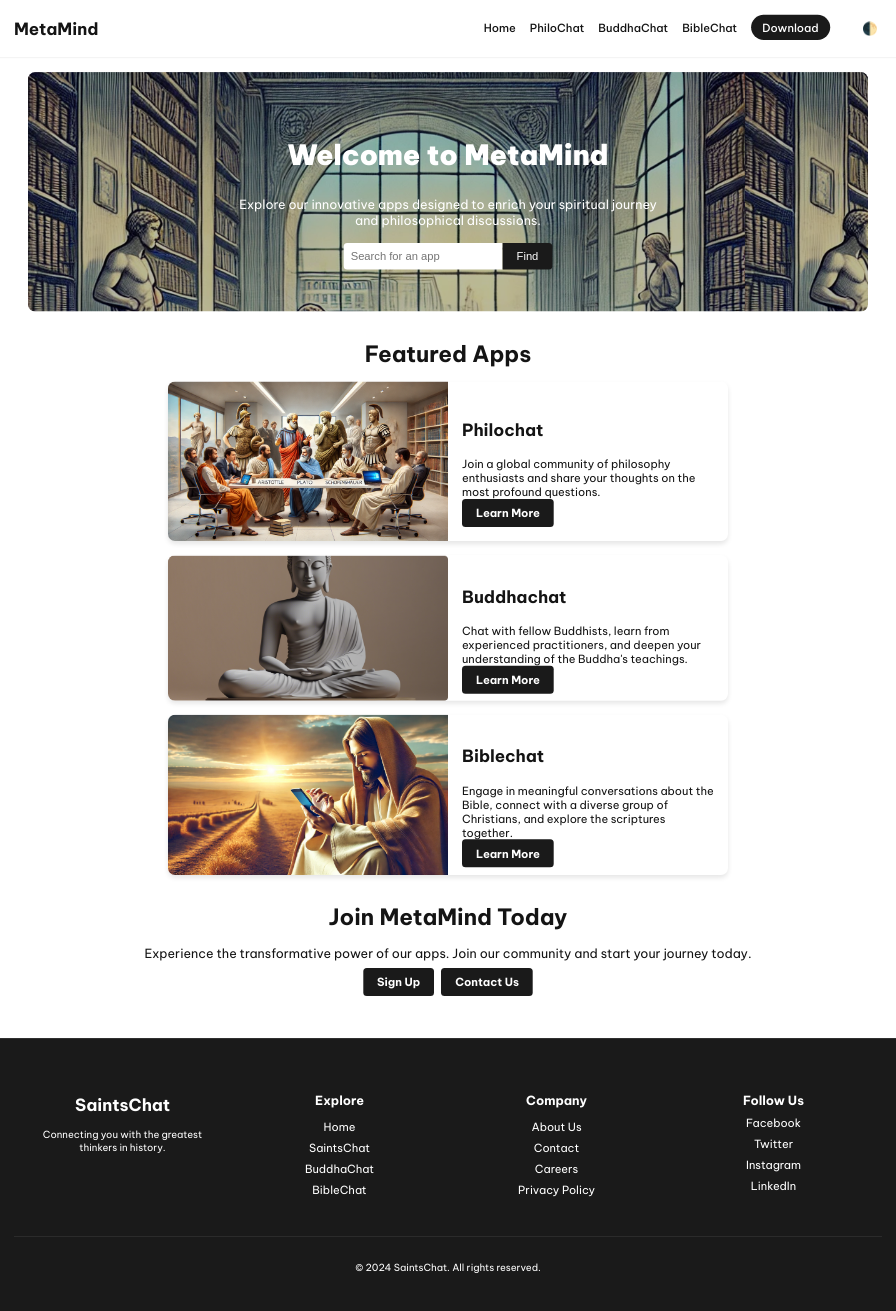
Repository: HSfac/EthosMindWeb
Page: /
The author's editor kept a copy of each file at every save. The page is drawn from the files as they stood at one save, then again after the next save.
The browser window is 1280 px wide. The pictures show the whole page, at 70% of full size.
The project was rebuilt for these pictures with package versions that can differ from the ones it lists, and the page was loaded fresh each time. Also part of the build but not shown: src/pages/SaintsChat.css, src/pages/SaintsChat.jsx, src/pages/BuddhaChat.css, src/pages/BuddhaChat.jsx, src/pages/BibleChat.css, src/pages/BibleChat.jsx, src/pages/Download.css, src/pages/Download.jsx.

Above is the page before, as saved 2024-07-21 19:58:34.

### src/index.css
@import url('https://fonts.googleapis.com/css2?display=swap&family=Be+Vietnam+Pro:wght@400;500;700;900&family=Noto+Sans:wght@400;500;700;900');

body {
  font-family: "Be Vietnam Pro", "Noto Sans", sans-serif;
  margin: 0;
  padding: 0;
  box-sizing: border-box;
}

### src/App.jsx
import React from 'react';
import { BrowserRouter as Router, Route, Routes } from 'react-router-dom';
import Home from './pages/Home.jsx';
import SaintsChat from './pages/SaintsChat.jsx';
import BuddhaChat from './pages/BuddhaChat.jsx';
import BibleChat from './pages/BibleChat.jsx';
import Download from './pages/Download.jsx'; // Download 페이지를 추가합니다.
import Header from './components/Header.jsx';
import Footer from './components/Footer.jsx';

function App() {
  return (
    <Router>
      <Header />
      <Routes>
        <Route path="/" element={<Home />} />
        <Route path="/saintschat" element={<SaintsChat />} />
        <Route path="/buddhachats" element={<BuddhaChat />} />
        <Route path="/biblechats" element={<BibleChat />} />
        <Route path="/download" element={<Download />} /> {/* Download 페이지를 추가합니다. */}
      </Routes>
      <Footer />
    </Router>
  );
}

export default App;

### src/pages/Home.jsx
import React from 'react';
import './Home.css';
import { Link } from 'react-router-dom';
import heroImage from '../assets/images/hero-image.png';
import philochatScreenshot from '../assets/images/ph-image-dl.png';
import buddhachatScreenshot from '../assets/images/buddha-hero-image.png';
import biblechatScreenshot from '../assets/images/jesus-image-dl.png';

function Home() {
  return (
    <main className="home-main">
      {/* Hero Section */}
      <section className="home-hero" style={{ backgroundImage: `url(${heroImage})` }}>
        <div className="home-hero-content">
          <h1 className="home-hero-title">Welcome to MetaMind</h1>
          <p className="home-hero-description">Explore our innovative apps designed to enrich your spiritual journey and philosophical discussions.</p>
          <div className="home-hero-search">
            <input type="text" placeholder="Search for an app" />
            <button>Find</button>
          </div>
        </div>
      </section>

      {/* App Introduction Section */}
      <section id="home-app-introduction" className="home-app-introduction">
        <h2 className="home-section-title">Featured Apps</h2>
        <div className="home-app-cards">
          <div className="home-app-card">
            <img src={philochatScreenshot} alt="Philochat App Screenshot" className="home-app-image" />
            <div className="home-app-info">
              <h3 className="home-app-title">Philochat</h3>
              <p className="home-app-description">Join a global community of philosophy enthusiasts and share your thoughts on the most profound questions.</p>
              <Link to="/saintschat" className="home-learn-more-button">Learn More</Link>
            </div>
          </div>

          <div className="home-app-card">
            <img src={buddhachatScreenshot} alt="Buddhachat App Screenshot" className="home-app-image" />
            <div className="home-app-info">
              <h3 className="home-app-title">Buddhachat</h3>
              <p className="home-app-description">Chat with fellow Buddhists, learn from experienced practitioners, and deepen your understanding of the Buddha's teachings.</p>
              <Link to="/buddhachats" className="home-learn-more-button">Learn More</Link>
            </div>
          </div>

          <div className="home-app-card">
            <img src={biblechatScreenshot} alt="Biblechat App Screenshot" className="home-app-image" />
            <div className="home-app-info">
              <h3 className="home-app-title">Biblechat</h3>
              <p className="home-app-description">Engage in meaningful conversations about the Bible, connect with a diverse group of Christians, and explore the scriptures together.</p>
              <Link to="/biblechats" className="home-learn-more-button">Learn More</Link>
            </div>
          </div>
        </div>
      </section>

      {/* Call to Action Section */}
      <section className="home-cta-section">
        <h2 className="home-cta-title">Join MetaMind Today</h2>
        <p className="home-cta-description">Experience the transformative power of our apps. Join our community and start your journey today.</p>
        <div className="home-cta-buttons">
          <Link to="/download" className="home-cta-button">Sign Up</Link>
          <Link to="/contact" className="home-cta-button">Contact Us</Link>
        </div>
      </section>
    </main>
  );
}

export default Home;

### src/components/Header.jsx
import React from 'react';
import { Link } from 'react-router-dom';
import './Header.css';

function Header() {
  return (
    <header className="header">
      <h1 className="header-title">MetaMind</h1>
      <nav className="nav">
        <ul className="nav-list">
          <li className="nav-item"><Link to="/">Home</Link></li>
          <li className="nav-item"><Link to="/saintschat">PhiloChat</Link></li>
          <li className="nav-item"><Link to="/buddhachats">BuddhaChat</Link></li>
          <li className="nav-item"><Link to="/biblechats">BibleChat</Link></li>
          <li className="nav-item header-download-button"><Link to="/download">Download</Link></li>
          <li className="nav-item"><button className="toggle-button" onClick={() => document.body.classList.toggle('dark-mode')}>🌓</button></li>
        </ul>
      </nav>
    </header>
  );
}

export default Header;

### src/components/Footer.jsx
import React from 'react';
import { Link } from 'react-router-dom';
import './Footer.css';

function Footer() {
  return (
    <footer className="footer">
      <div className="footer-content">
        <div className="footer-section">
          <h2 className="footer-title">SaintsChat</h2>
          <p className="footer-description">Connecting you with the greatest thinkers in history.</p>
        </div>
        <div className="footer-section">
          <h3 className="footer-subtitle">Explore</h3>
          <ul className="footer-links">
            <li><Link to="/">Home</Link></li>
            <li><Link to="/saintschat">SaintsChat</Link></li>
            <li><Link to="/buddhachats">BuddhaChat</Link></li>
            <li><Link to="/biblechats">BibleChat</Link></li>
          </ul>
        </div>
        <div className="footer-section">
          <h3 className="footer-subtitle">Company</h3>
          <ul className="footer-links">
            <li><Link to="/about">About Us</Link></li>
            <li><Link to="/contact">Contact</Link></li>
            <li><Link to="/careers">Careers</Link></li>
            <li><Link to="/privacy">Privacy Policy</Link></li>
          </ul>
        </div>
        <div className="footer-section">
          <h3 className="footer-subtitle">Follow Us</h3>
          <div className="footer-social">
            <a href="https://facebook.com" target="_blank" rel="noopener noreferrer">Facebook</a>
            <a href="https://twitter.com" target="_blank" rel="noopener noreferrer">Twitter</a>
            <a href="https://instagram.com" target="_blank" rel="noopener noreferrer">Instagram</a>
            <a href="https://linkedin.com" target="_blank" rel="noopener noreferrer">LinkedIn</a>
          </div>
        </div>
      </div>
      <div className="footer-bottom">
        <p>&copy; 2024 SaintsChat. All rights reserved.</p>
      </div>
    </footer>
  );
}

export default Footer;

### src/pages/Home.css
.home-main {
  padding: 20px 40px;
}

.home-hero {
  background: linear-gradient(rgba(0, 0, 0, 0.1) 0%, rgba(0, 0, 0, 0.4) 100%), center/cover no-repeat;
  color: white;
  text-align: center;
  padding: 60px 20px;
  border-radius: 10px;
  margin-bottom: 40px;
}

.home-hero-content {
  max-width: 600px;
  margin: 0 auto;
}

.home-hero-title {
  font-size: 40px;
  font-weight: 900;
}

.home-hero-description {
  font-size: 18px;
  margin: 10px 0;
}

.home-hero-search {
  display: flex;
  justify-content: center;
  margin-top: 20px;
}

.home-hero-search input {
  padding: 10px;
  font-size: 16px;
  border: none;
  border-radius: 5px 0 0 5px;
  outline: none;
}

.home-hero-search button {
  padding: 10px 20px;
  font-size: 16px;
  border: none;
  background-color: #1a1a1a;
  color: white;
  border-radius: 0 5px 5px 0;
  cursor: pointer;
}

.home-app-introduction {
  margin: 40px 0;
}

.home-section-title {
  font-size: 32px;
  font-weight: bold;
  text-align: center;
  margin-bottom: 20px;
}

.home-app-cards {
  display: flex;
  flex-direction: column;
  align-items: center;
  gap: 20px;
}

.home-app-card {
  display: flex;
  align-items: center;
  background-color: white;
  border-radius: 10px;
  box-shadow: 0 4px 8px rgba(0, 0, 0, 0.1);
  max-width: 800px;
  width: 100%;
  overflow: hidden;
}

.home-app-image {
  width: 50%;
  object-fit: cover;
}

.home-app-info {
  padding: 20px;
  width: 50%;
}

.home-app-title {
  font-size: 24px;
  font-weight: bold;
}

.home-app-description {
  font-size: 16px;
  margin: 10px 0;
}

.home-learn-more-button {
  background-color: #1a1a1a;
  color: white;
  padding: 10px 20px;
  border: none;
  border-radius: 5px;
  cursor: pointer;
  font-size: 16px;
  font-weight: bold;
  text-decoration: none;
}

.home-cta-section {
  margin: 40px 0;
  text-align: center;
}

.home-cta-title {
  font-size: 32px;
  font-weight: bold;
  margin-bottom: 20px;
}

.home-cta-description {
  font-size: 18px;
  margin: 10px 0;
}

.home-cta-buttons {
  display: flex;
  justify-content: center;
  gap: 10px;
}

.home-cta-button {
  background-color: #1a1a1a;
  color: white;
  padding: 10px 20px;
  border: none;
  border-radius: 5px;
  cursor: pointer;
  font-size: 16px;
  font-weight: bold;
  text-decoration: none;
}

### src/components/Header.css
.header {
  display: flex;
  justify-content: space-between;
  align-items: center;
  padding: 10px 20px;
  border-bottom: 1px solid #ededed;
}

.header-title {
  font-size: 24px;
  font-weight: bold;
}

.nav {
  display: flex;
}

.nav-list {
  display: flex;
  list-style: none;
  margin: 0;
  padding: 0;
}

.nav-item {
  margin-left: 20px;
}

.nav-item a {
  text-decoration: none;
  color: var(--text-color);
  font-weight: 500;
}

.header-download-button a {
  padding: 8px 16px;
  border-radius: 20px;
  background-color: #1a1a1a;
  color: white;
}

.toggle-button {
  background: none;
  border: none;
  font-size: 18px;
  cursor: pointer;
  margin-left: 20px;
}

:root {
  --bg-color: white;
  --text-color: #141414;
}

.dark-mode {
  --bg-color: #141414;
  --text-color: white;
}

body {
  background-color: var(--bg-color);
  color: var(--text-color);
  transition: background-color 0.3s, color 0.3s;
}

### src/components/Footer.css
.footer {
  background-color: #1a1a1a;
  color: white;
  padding: 40px 20px;
  text-align: center;
}

.footer-content {
  display: flex;
  flex-wrap: wrap;
  justify-content: space-around;
  margin-bottom: 20px;
}

.footer-section {
  flex: 1;
  min-width: 200px;
  margin: 20px;
}

.footer-title {
  font-size: 24px;
  font-weight: bold;
}

.footer-description {
  font-size: 14px;
}

.footer-subtitle {
  font-size: 18px;
  font-weight: bold;
  margin-bottom: 10px;
}

.footer-links {
  list-style: none;
  padding: 0;
}

.footer-links li {
  margin-bottom: 10px;
}

.footer-links a {
  text-decoration: none;
  color: white;
}

.footer-social a {
  display: block;
  margin-bottom: 10px;
  text-decoration: none;
  color: white;
}

.footer-bottom {
  border-top: 1px solid #333;
  padding-top: 20px;
  font-size: 14px;
}

Loaded but not shown: public/index.html (common file); src/index.js (common file)

After the next save:
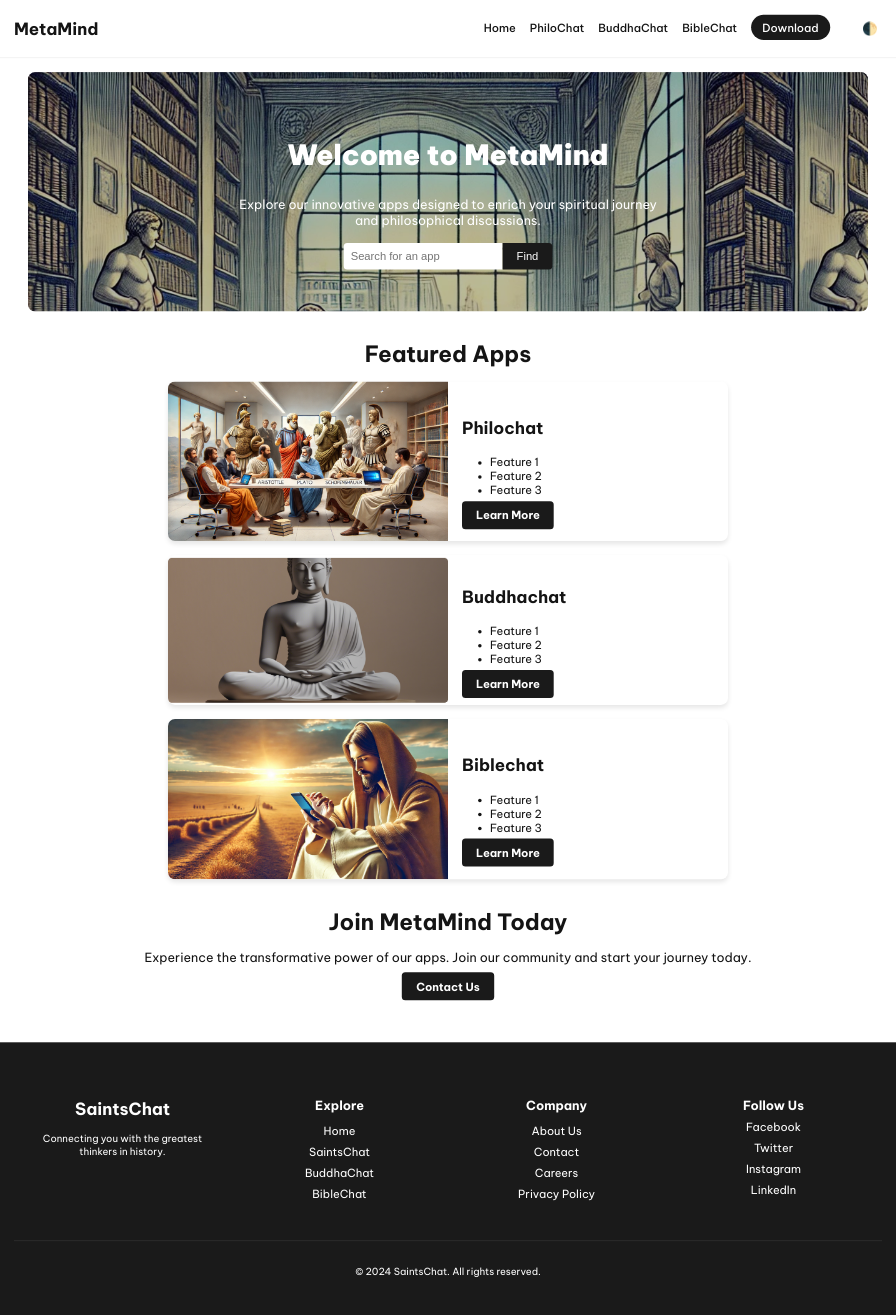
Saved 2 min 39 s later.
--- a/src/pages/Home.jsx
+++ b/src/pages/Home.jsx
@@ -29,7 +29,11 @@ function Home() {
             <img src={philochatScreenshot} alt="Philochat App Screenshot" className="home-app-image" />
             <div className="home-app-info">
               <h3 className="home-app-title">Philochat</h3>
-              <p className="home-app-description">Join a global community of philosophy enthusiasts and share your thoughts on the most profound questions.</p>
+              <ul className="home-app-features">
+                <li>Feature 1</li>
+                <li>Feature 2</li>
+                <li>Feature 3</li>
+              </ul>
               <Link to="/saintschat" className="home-learn-more-button">Learn More</Link>
             </div>
           </div>
@@ -38,7 +42,11 @@ function Home() {
             <img src={buddhachatScreenshot} alt="Buddhachat App Screenshot" className="home-app-image" />
             <div className="home-app-info">
               <h3 className="home-app-title">Buddhachat</h3>
-              <p className="home-app-description">Chat with fellow Buddhists, learn from experienced practitioners, and deepen your understanding of the Buddha's teachings.</p>
+              <ul className="home-app-features">
+                <li>Feature 1</li>
+                <li>Feature 2</li>
+                <li>Feature 3</li>
+              </ul>
               <Link to="/buddhachats" className="home-learn-more-button">Learn More</Link>
             </div>
           </div>
@@ -47,7 +55,11 @@ function Home() {
             <img src={biblechatScreenshot} alt="Biblechat App Screenshot" className="home-app-image" />
             <div className="home-app-info">
               <h3 className="home-app-title">Biblechat</h3>
-              <p className="home-app-description">Engage in meaningful conversations about the Bible, connect with a diverse group of Christians, and explore the scriptures together.</p>
+              <ul className="home-app-features">
+                <li>Feature 1</li>
+                <li>Feature 2</li>
+                <li>Feature 3</li>
+              </ul>
               <Link to="/biblechats" className="home-learn-more-button">Learn More</Link>
             </div>
           </div>
@@ -59,7 +71,6 @@ function Home() {
         <h2 className="home-cta-title">Join MetaMind Today</h2>
         <p className="home-cta-description">Experience the transformative power of our apps. Join our community and start your journey today.</p>
         <div className="home-cta-buttons">
-          <Link to="/download" className="home-cta-button">Sign Up</Link>
           <Link to="/contact" className="home-cta-button">Contact Us</Link>
         </div>
       </section>
